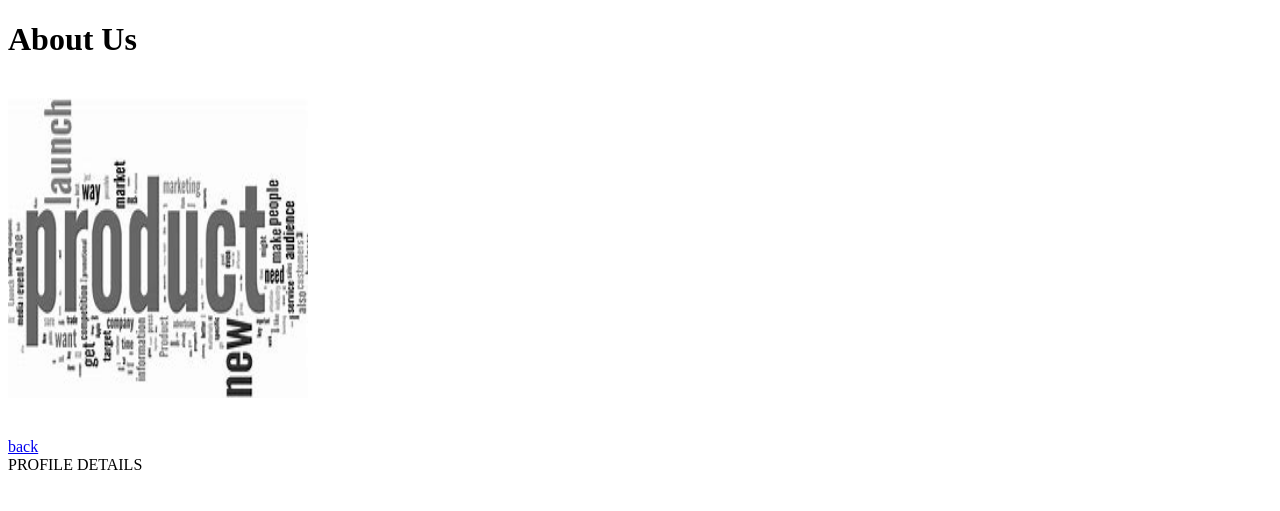
Repository: abhishek110597/Deloitte
Page: Workspace/JavaTraining/about.html
An editor plug-in stored every save of this project. The page is shown before and after the next save, followed by the edit.
The browser window is 1280 px wide. The pictures show the whole page.

Above is the page before, as saved 2019-12-27 11:22:05.

### Workspace/JavaTraining/about.html
<!DOCTYPE html>
<html>
<head>
<meta charset="ISO-8859-1">
<title>about</title>
</head>
<body>
<h1>About Us</h1>
<br/>
<img src="product.jpg" height="300" width="300" alt="Image is loading"/>
<a href="#Profile"></a>
<br/>
<a href="#Current"></a>
<br/>
<a href="#Status"></a>
<br/>
<a href="index.html">back</a>
<br/>
<a name="profile"></a>
PROFILE DETAILS
</body>
</html>

After the next save:
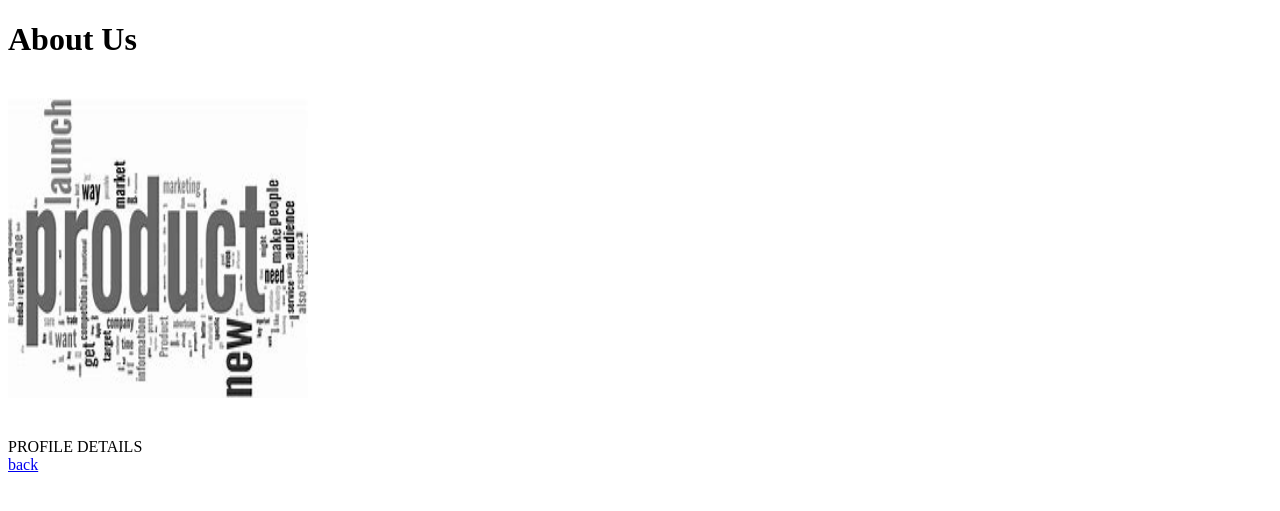
Saved 41 s later.
--- a/Workspace/JavaTraining/about.html
+++ b/Workspace/JavaTraining/about.html
@@ -13,10 +13,11 @@
 <a href="#Current"></a>
 <br/>
 <a href="#Status"></a>
-<br/>
-<a href="index.html">back</a>
+
 <br/>
 <a name="profile"></a>
 PROFILE DETAILS
+<br/>
+<a href="index.html">back</a>
 </body>
 </html>
